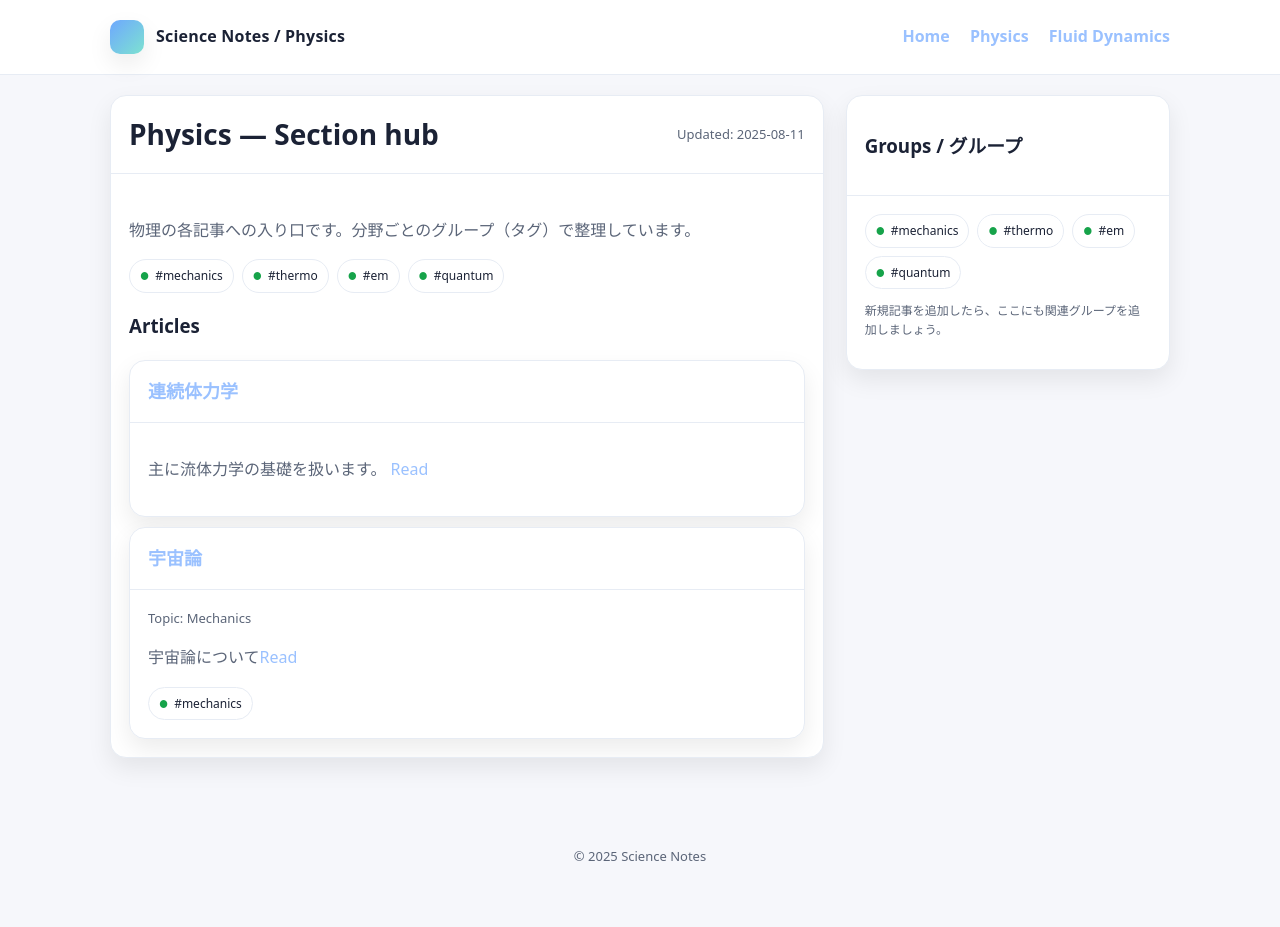
Repository: Riki-Mochimaru/tureduretunedune
Page: physics/index.html
These files come from the project's save history. The page is drawn as it stood at one moment and after a run of saves; the edit follows.
The browser window is 1280 px wide. The pictures show the whole page.

Above is the page before, as saved 2025-08-11 20:20:58.

### physics/index.html
<!-- ===============================
     FILE 1: physics/index.html — Physics section hub
     Save this as: /physics/index.html
     (American English in code comments; British English in visible prose.)
================================== -->
<!DOCTYPE html>
<html lang="ja">
<head>
  <meta charset="utf-8" />
  <meta name="viewport" content="width=device-width, initial-scale=1" />
  <title>Physics — Science Notes</title>
  <link rel="stylesheet" href="../assets/styles.css"><!-- shared CSS -->
</head>
<body>
  <header class="site">
    <div class="shell row">
      <div class="brand"><div class="brand-badge"></div><div>Science Notes / Physics</div></div>
      <nav>
        <a href="../">Home</a>
        <a href="./">Physics</a>
        <a href="FluidDynamics/">Fluid Dynamics</a>
      </nav>
    </div>
  </header>

  <main class="shell">
    <section class="grid" aria-label="Physics articles and sidebar">
      <div>
        <article class="card post">
          <div class="hd">
            <h2>Physics — Section hub</h2>
            <div class="meta"><span>Updated: <time datetime="2025-08-11">2025‑08‑11</time></span></div>
          </div>
          <div class="bd">
            <p class="lead">物理の各記事への入り口です。分野ごとのグループ（タグ）で整理しています。</p>
            <div class="tags">
              <span class="tag" data-g="phys">#mechanics</span>
              <span class="tag" data-g="phys">#thermo</span>
              <span class="tag" data-g="phys">#em</span>
              <span class="tag" data-g="phys">#quantum</span>
            </div>

            <!-- Article list (add more <article> blocks or <li> items) -->
            <h3>Articles</h3>
            <div class="list">
              <article class="card">
                <div class="hd"><h2 style="font-size:18px; margin:0;">
                  <a href="FluidDynamics/">連続体力学</a>
                </h2></div>
                <div class="bd">
                  <!-- <div class="meta"><span>Topic: Fluid Dynamics</span></div> -->
                  <p class="lead">主に流体力学の基礎を扱います。
                    <a href="FluidDynamics/">Read</a></p>
                  <!-- <div class="tags"><span class="tag" data-g="phys">#thermo</span><span class="tag" data-g="stats">#statmech</span></div> -->
                </div>
              </article>

              <article class="card">
                <div class="hd"><h2 style="font-size:18px; margin:0;">
                  <a href="Cosmology/">宇宙論</a>
                </h2></div>
                <div class="bd">
                  <div class="meta"><span>Topic: Mechanics</span></div>
                  <p class="lead">宇宙論について<a href="harmonic-oscillator/">Read</a></p>
                  <div class="tags"><span class="tag" data-g="phys">#mechanics</span></div>
                </div>
              </article>
            </div>
          </div>
        </article>
      </div>

      <aside class="aside">
        <section class="card">
          <div class="hd"><h3>Groups / グループ</h3></div>
          <div class="bd">
            <div class="tags">
              <span class="tag" data-g="phys">#mechanics</span>
              <span class="tag" data-g="phys">#thermo</span>
              <span class="tag" data-g="phys">#em</span>
              <span class="tag" data-g="phys">#quantum</span>
            </div>
            <p class="hint">新規記事を追加したら、ここにも関連グループを追加しましょう。</p>
          </div>
        </section>
      </aside>
    </section>
  </main>

  <footer class="site"><div class="shell">© 2025 Science Notes</div></footer>

  <!-- MathJax (enable TeX rendering if you use TeX on this page) -->
  <script>
    window.MathJax = { tex: { inlineMath: [['$','$'], ['\\(','\\)']], displayMath: [['$$','$$'], ['\\[','\\]']] }, options: { renderActions: { addMenu: [] } } };
  </script>
  <script src="https://cdn.jsdelivr.net/npm/mathjax@3/es5/tex-mml-chtml.js" async></script>
</body>
</html>

### assets/styles.css
/* styles.css — Science Notes
   House style: British English prose; American English in code comments.
*/

/* =========================
   Design tokens
   ========================= */
   :root {
    --bg: #0b0c10;
    --surface: #0f1117;
    --card: #121520;
    --text: #e8ecf8;
    --subtle: #9aa3b2;
    --border: #1e2636;
    --brand: #6ea8fe;
    --accent: #7de2d1;
    --warn: #ffd166;
    --danger: #ff6b6b;
    --radius: 16px;
    --shadow: 0 10px 24px rgba(0,0,0,.35), 0 1px 0 rgba(255,255,255,.04) inset;
    --font-sans: ui-sans-serif, system-ui, -apple-system, Segoe UI, Roboto, Noto Sans JP, "Helvetica Neue", Arial;
    --font-mono: ui-monospace, SFMono-Regular, Menlo, Monaco, Consolas, "Liberation Mono", monospace;
  }
  @media (prefers-color-scheme: light) {
    :root {
      --bg: #f6f7fb; --surface: #ffffff; --card: #ffffff; --text: #1b2235; --subtle: #5b6578; --border: #e7ecf4;
      --shadow: 0 10px 24px rgba(0,0,0,.08);
    }
  }

  /* Base */
  *, *::before, *::after { box-sizing: border-box; }
  html, body { height: 100%; }
  body { margin: 0; font-family: var(--font-sans); background: var(--bg); color: var(--text); line-height: 1.6; }
  /* Accessible link look */
  a { color: #9ac1ff; text-decoration: none; }
  a:hover { text-decoration: underline; }

  /* Header */
  header.site { position: sticky; top: 0; z-index: 10; background: color-mix(in oklab, var(--surface) 92%, transparent); border-bottom: 1px solid var(--border); backdrop-filter: blur(6px); }
  .shell { max-width: 1100px; margin: 0 auto; padding: 20px; }
  .row { display: grid; grid-template-columns: 1fr auto; align-items: center; gap: 16px; }
  .brand { display: flex; align-items: center; gap: 12px; font-weight: 800; letter-spacing: .2px; }
  .brand-badge { width: 34px; height: 34px; border-radius: 10px; background: linear-gradient(135deg, var(--brand), var(--accent)); box-shadow: var(--shadow); }
  nav a { margin-left: 16px; font-weight: 600; }

  /* Layout */
  main { padding-top: 10px; }
  .grid { display: grid; grid-template-columns: 2.2fr 1fr; gap: 22px; align-items: start; }
  @media (max-width: 980px) { .grid { grid-template-columns: 1fr; } }

  /* Cards */
  .card { background: var(--card); border: 1px solid var(--border); border-radius: var(--radius); box-shadow: var(--shadow); overflow: clip; }
  .card .hd { padding: 16px 18px; border-bottom: 1px solid var(--border); display:flex; align-items:center; justify-content: space-between; }
  .card .bd { padding: 18px; }

  /* Tag/Group chips */
  .tags { display:flex; flex-wrap: wrap; gap: 8px; }
  .tag { --c: #334155; color: var(--text); font-size: 12px; padding: 6px 10px; border: 1px solid var(--border); border-radius: 999px; background: color-mix(in oklab, var(--card) 88%, transparent); }
  .tag[data-g="math"]   { --c: #2563eb; }
  .tag[data-g="phys"]   { --c: #16a34a; }
  .tag[data-g="cs"]     { --c: #a855f7; }
  .tag[data-g="stats"]  { --c: #eab308; }
  .tag[data-g="ethics"] { --c: #ef4444; }
  .tag::before { content: "●"; font-size: 10px; margin-right: 6px; color: var(--c); }

  /* Article */
  article.post { display: grid; gap: 10px; }
  article.post h2 { margin: 0; font-size: clamp(20px, 2.6vw, 28px); }
  .meta { color: var(--subtle); font-size: 13px; display:flex; gap: 12px; flex-wrap: wrap; }
  .lead { color: var(--subtle); }

  /* Math blocks (TeX text before JS render) */
  .math { font-family: var(--font-mono); background: color-mix(in oklab, var(--card) 90%, transparent); border: 1px dashed var(--border); border-radius: 10px; padding: 10px 12px; overflow:auto; }
  .eqno { float: right; color: var(--subtle); margin-left: 8px; }

  /* Comment UI (static) */
  .comments { margin-top: 8px; border-top: 1px dashed var(--border); padding-top: 10px; }
  .comment { display: grid; grid-template-columns: 40px 1fr; gap: 10px; padding: 12px 0; }
  .comment + .comment { border-top: 1px dashed var(--border); }
  .avatar { width: 40px; height: 40px; border-radius: 50%; background: linear-gradient(135deg, var(--brand), var(--accent)); display:grid; place-items:center; font-weight: 800; color: #0008; }
  .who { font-weight: 700; }
  .when { color: var(--subtle); font-size: 12px; }

  /* Simple form look (non-functional without JS/backend) */
  .form { display: grid; gap: 10px; background: color-mix(in oklab, var(--card) 90%, transparent); border: 1px solid var(--border); border-radius: 12px; padding: 12px; }
  .input, .textarea { width: 100%; padding: 10px 12px; border-radius: 10px; border: 1px solid var(--border); background: var(--surface); color: var(--text); outline: none; }
  .input:focus, .textarea:focus { box-shadow: 0 0 0 6px #2a5fff33; }
  .btn { display: inline-flex; align-items: center; justify-content: center; gap: 8px; padding: 10px 14px; font-weight: 700; border-radius: 10px; border: 1px solid var(--border); background: linear-gradient(180deg, var(--brand), #4d86f7); color: #fff; cursor: not-allowed; opacity: .8; }
  .hint { font-size: 12px; color: var(--subtle); }

  /* Aside */
  .aside .card + .card { margin-top: 18px; }
  .list { display: grid; gap: 10px; }

  /* Footer */
  footer.site { margin-top: 28px; color: var(--subtle); font-size: 13px; text-align: center; padding: 20px 0 40px; }

  /* Print */
  @media print {
    header.site, footer.site { display:none; }
    .card { box-shadow: none; border-color: #ccc; }
    a { color: #000; text-decoration: none; }
  }

After the next 2 saves:
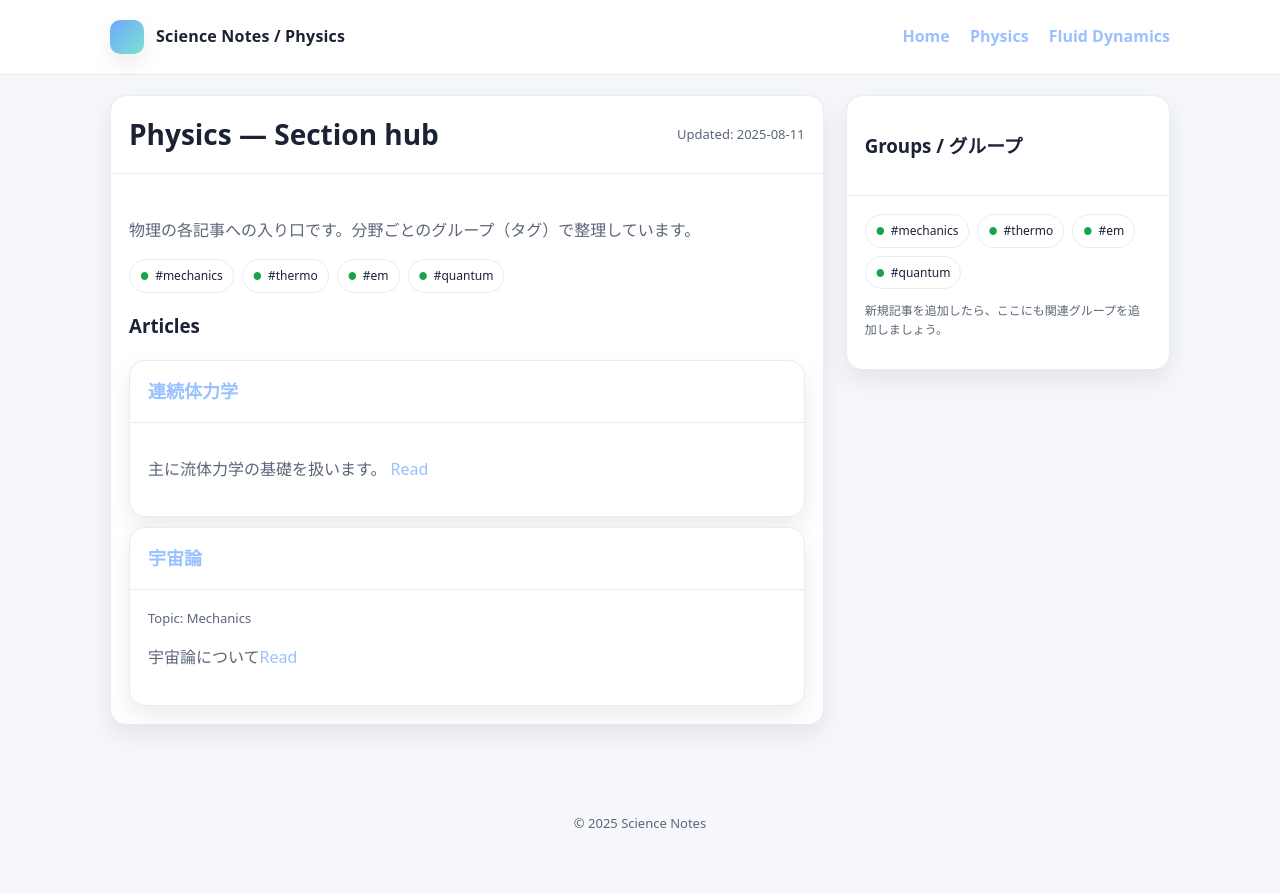
The 2 saves are shown as one change because they came seconds apart.
The last was saved 18 s later.
--- a/physics/index.html
+++ b/physics/index.html
@@ -61,8 +61,8 @@
                 </h2></div>
                 <div class="bd">
                   <div class="meta"><span>Topic: Mechanics</span></div>
-                  <p class="lead">宇宙論について<a href="harmonic-oscillator/">Read</a></p>
-                  <div class="tags"><span class="tag" data-g="phys">#mechanics</span></div>
+                  <p class="lead">宇宙論について<a href="Cosmology/">Read</a></p>
+                  <!-- <div class="tags"><span class="tag" data-g="phys">#mechanics</span></div> -->
                 </div>
               </article>
             </div>
